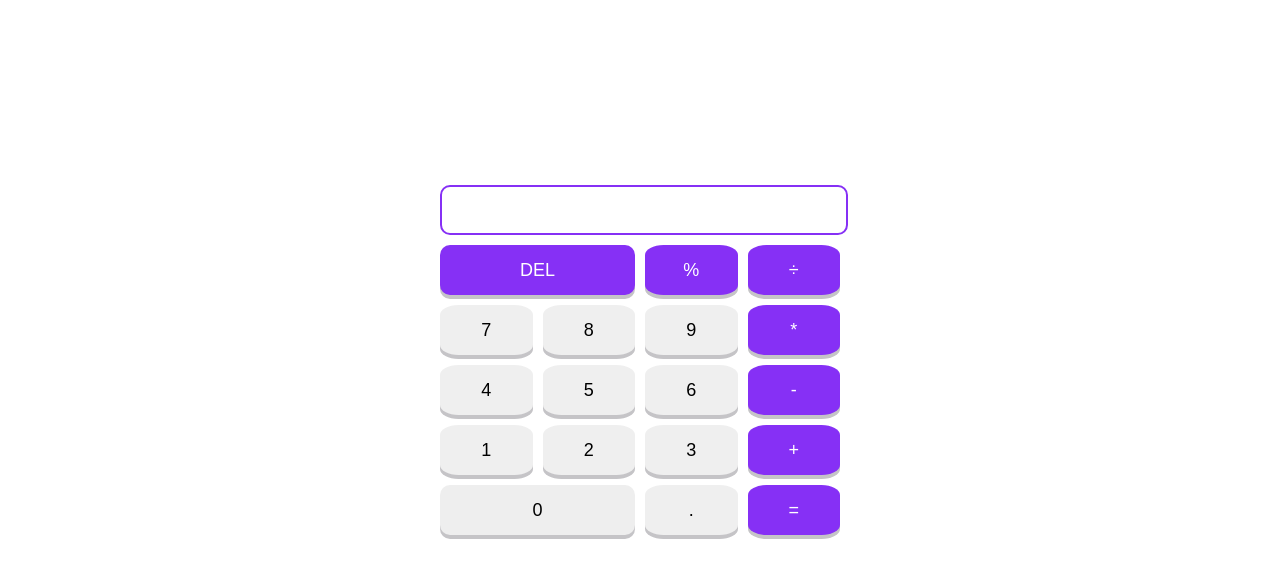
Repository: zlazlazla35/calculator
Page: /
The author's editor kept a copy of each file at every save. The page is drawn from the files as they stood at one save, then again after the next save.
The browser window is 1280 px wide. The pictures show the whole page.
The project was rebuilt for these pictures with package versions that can differ from the ones it lists, and the page was loaded fresh each time.

Above is the page before, as saved 2024-10-15 16:20:35.

After the next save:
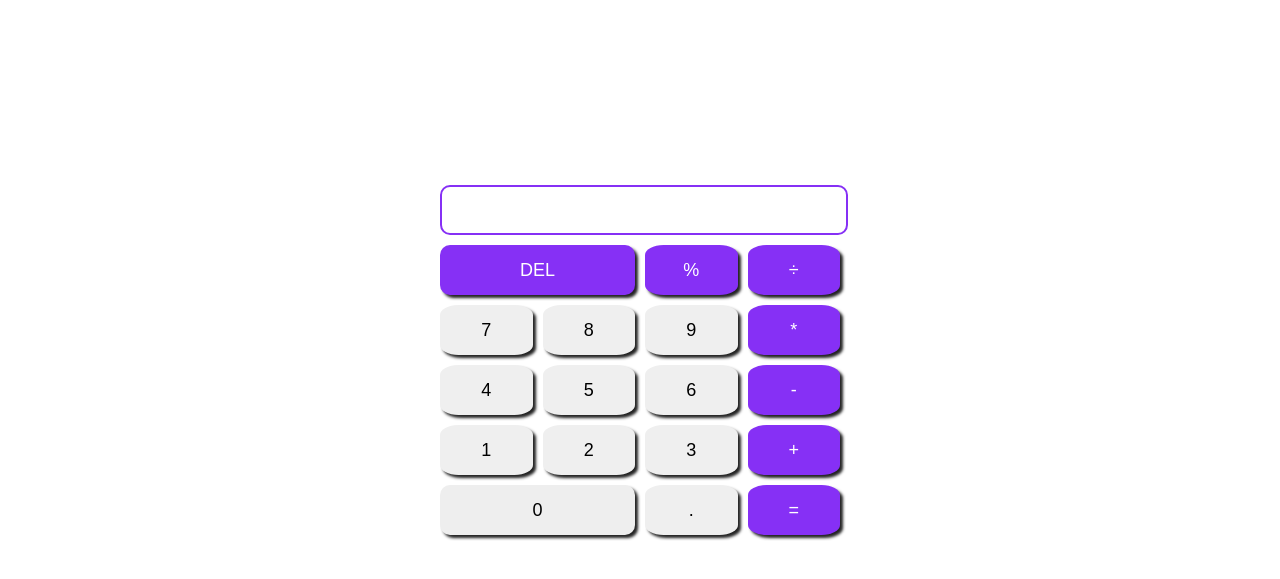
Saved 68 s later.
--- a/src/App.js
+++ b/src/App.js
@@ -25,7 +25,7 @@
   border-radius: 20%;
   height : 50px;
   border: none;
-  box-shadow:0px 4px 0px #c5c4c7;
+  box-shadow:3px 3px 3px #232323;
   transition-duration: 0.3s;
 `
 
@@ -36,7 +36,7 @@
   border-radius: 10px;
   height : 50px;
   border: none;
-  box-shadow:0px 4px 0px #c5c4c7;
+  box-shadow:3px 3px 3px #232323;
   transition-duration: 0.3s;
   grid-column: 1/3;
 `

After the save that followed:
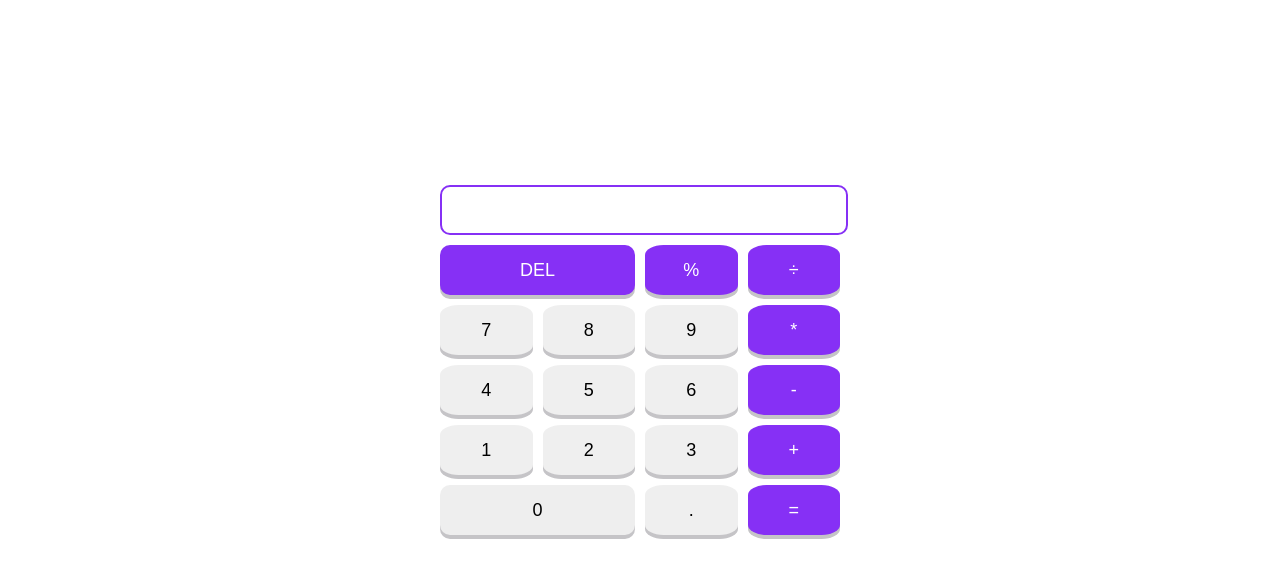
Saved 31 s later.
--- a/src/App.js
+++ b/src/App.js
@@ -25,7 +25,7 @@
   border-radius: 20%;
   height : 50px;
   border: none;
-  box-shadow:3px 3px 3px #232323;
+  box-shadow:0px 4px 0px #c5c4c7;
   transition-duration: 0.3s;
 `
 
@@ -36,7 +36,7 @@
   border-radius: 10px;
   height : 50px;
   border: none;
-  box-shadow:3px 3px 3px #232323;
+  box-shadow:0px 4px 0px #c5c4c7;
   transition-duration: 0.3s;
   grid-column: 1/3;
 `
